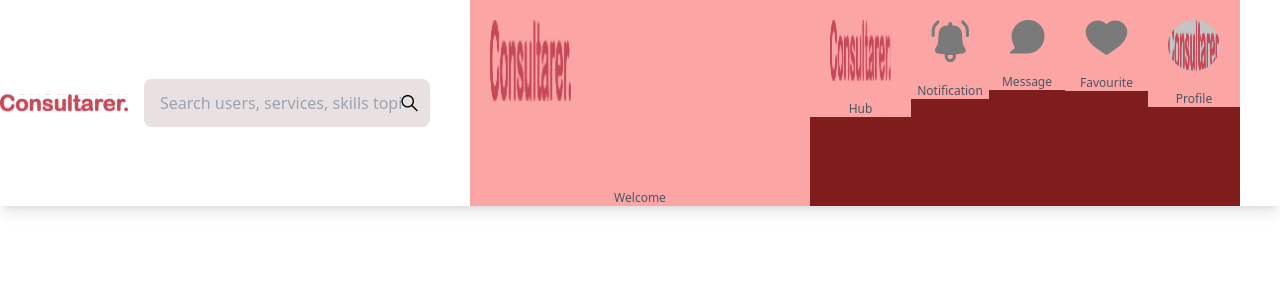
Repository: hisreal123/Consultarer
Page: /
An editor plug-in stored every save of this project. The page is shown before and after the next save, followed by the edit.
The browser window is 1280 px wide. The pictures show the whole page.
The project was rebuilt for these pictures with package versions that can differ from the ones it lists, and the page was loaded fresh each time. The framework's server and built-in components were replaced by stand-ins that run in the browser. Also part of the build but not shown: next.config.js, webpack.config.js.

Above is the page before, as saved 2022-04-19 16:48:20.

After the next save:
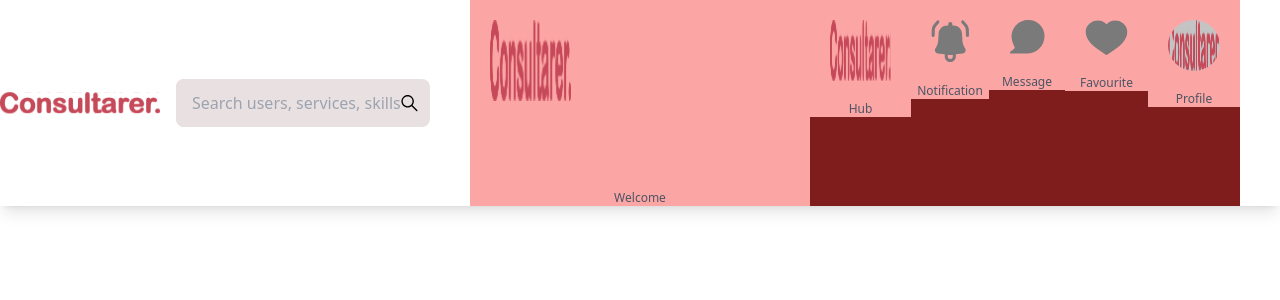
Saved 4 s later.
--- a/components/TopNav/TopNav.js
+++ b/components/TopNav/TopNav.js
@@ -21,7 +21,7 @@
     <div className=" shadow-lg">
       <div className=" relative container mx-auto flex items-center w-screen justify-between">
         <div className="logo relative  ">
-          <Logo className="text-9xl fit  h-10 w-32 " />
+          <Logo className="text-9xl fit  h-10 w-40 " />
         </div>
 
         {/* Search Comonent */}
